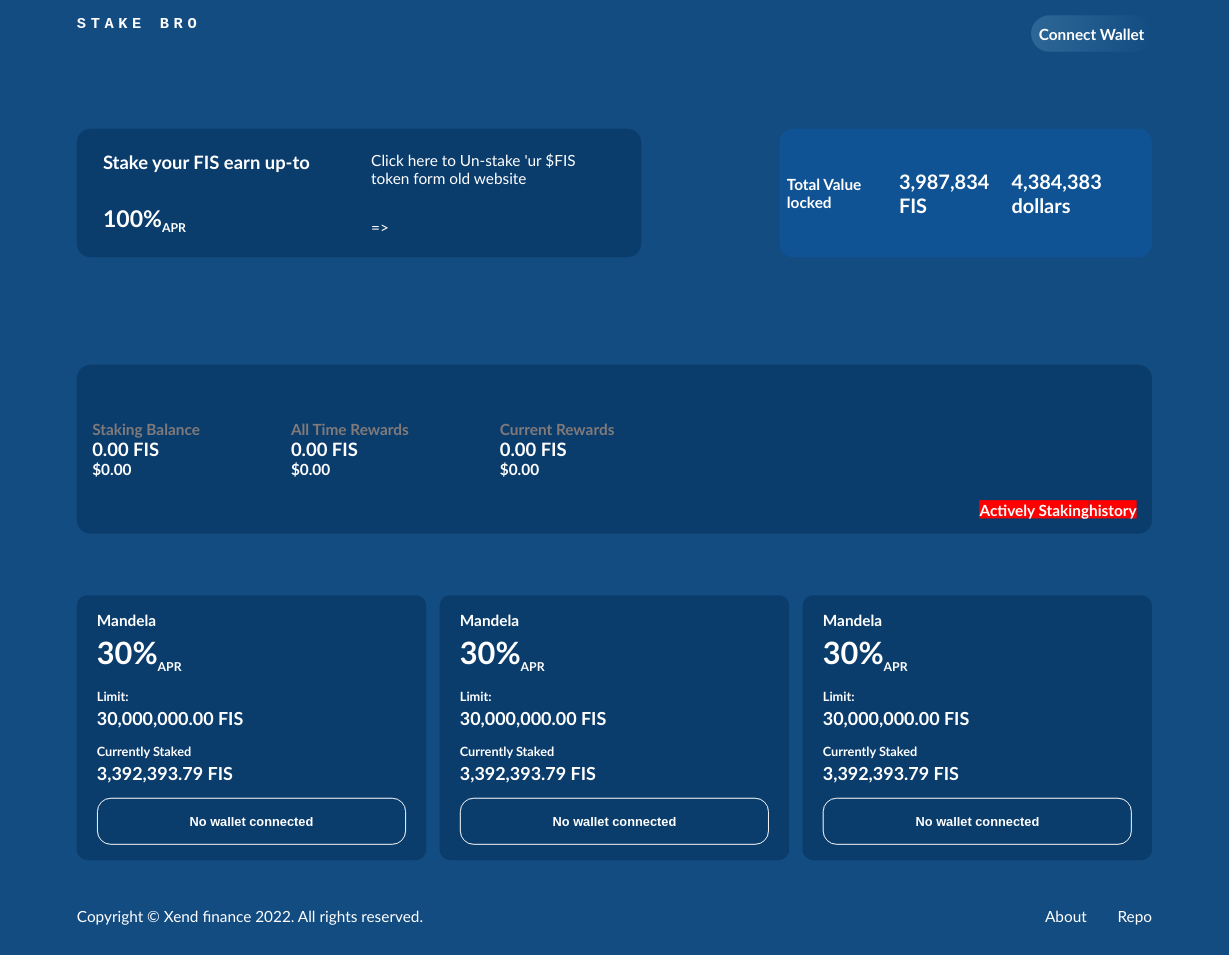
Repository: NorVirae/Stake
Page: /
These files come from the project's save history. The page is drawn as it stood at one moment and after the next save; the edit follows.
The browser window is 1280 px wide. The pictures show the whole page, at 96% of full size.
The project was rebuilt for these pictures with package versions that can differ from the ones it lists, and the page was loaded fresh each time.

Above is the page before, as saved 2022-04-18 02:39:01.

After the next save:
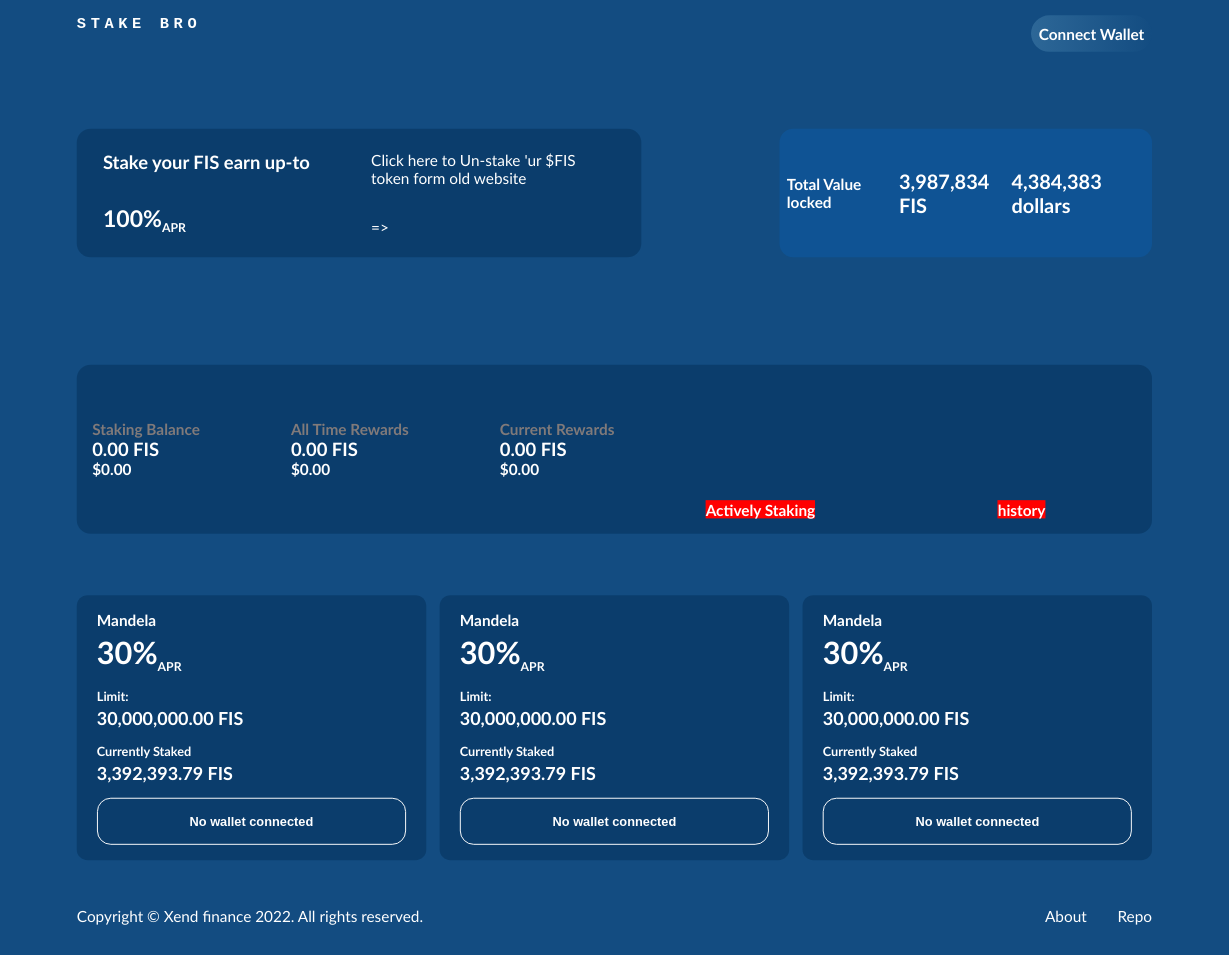
Saved 7 s later.
--- a/src/styles/app.css
+++ b/src/styles/app.css
@@ -175,7 +175,7 @@ main {
     display: flex;
     justify-content: flex-end;
     align-items: flex-end;
-
+    justify-content: space-around;
 }
 
 .info-redirect h1 {
